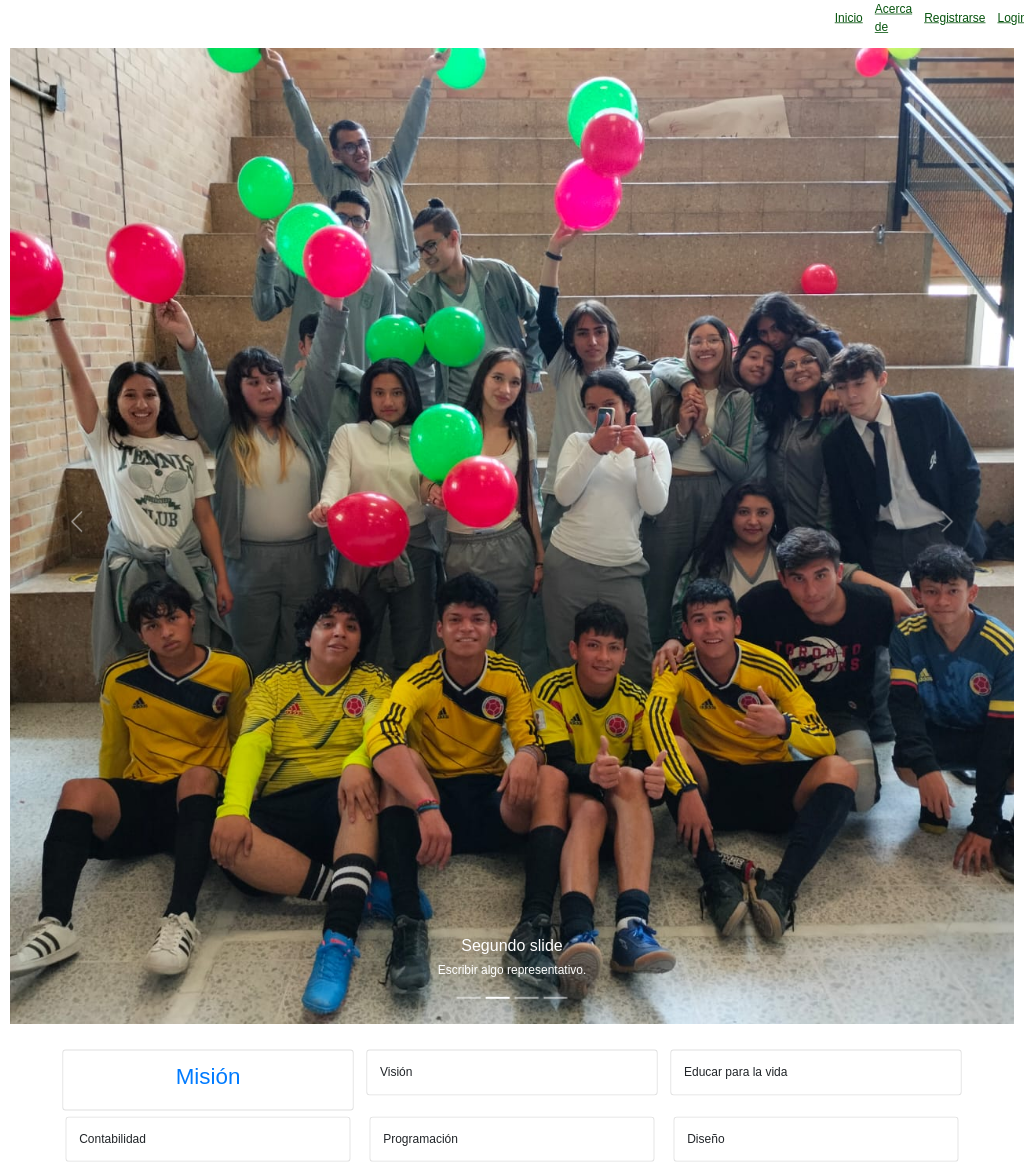
Repository: AntonnySant/webColegio
Page: index.html
These files come from the project's save history. The page is drawn as it stood at one moment and after the next save; the edit follows.
The browser window is 1280 px wide. The pictures show the whole page, at 80% of full size.
The pointer rests on the first visible `.btn-card`.

Above is the page before, as saved 2023-10-17 17:13:40.
Console error: TypeError: Cannot set properties of null (setting 'onclick')

After the next save:
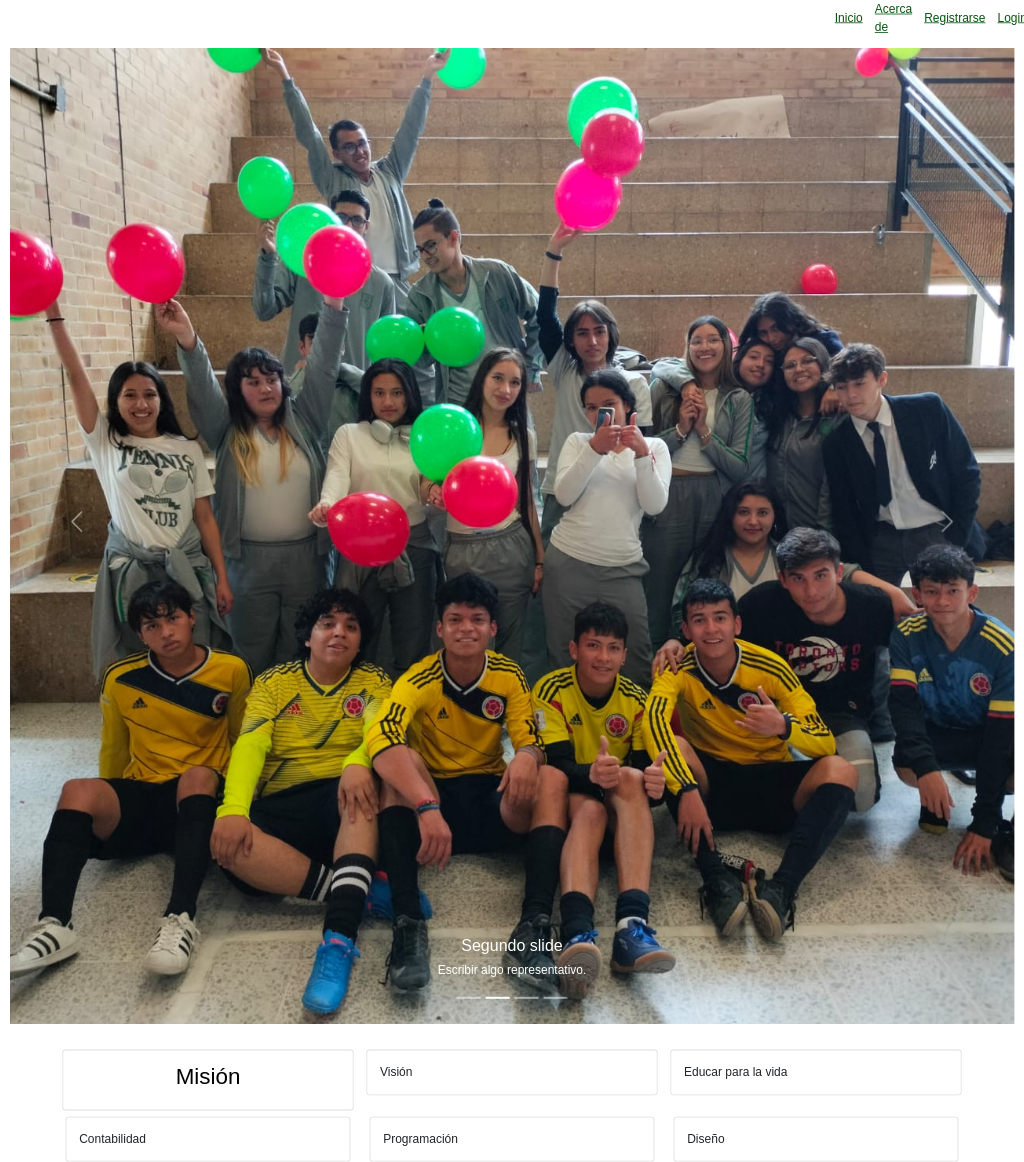
Saved 9 s later.
--- a/styles.css
+++ b/styles.css
@@ -12,7 +12,7 @@
   color: #07540E;
 }
 .btn-card:hover{
-  color: #007bff;
+  color: black;
 }
 .carousel-indicators{
   z-index: 1;
